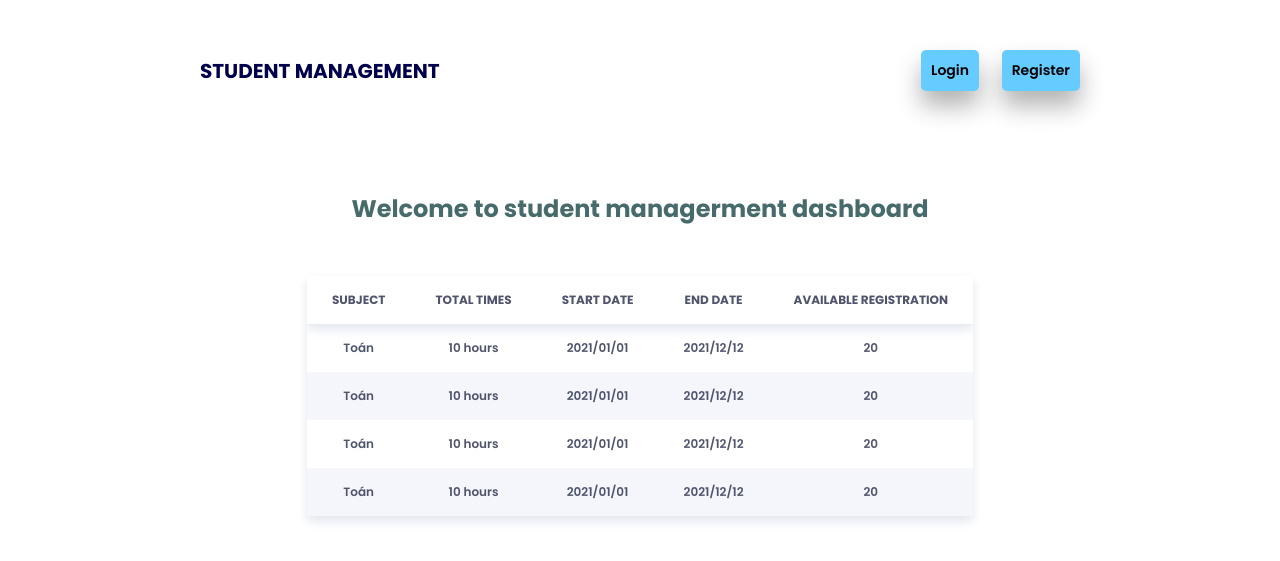
Repository: lenhandat/studentManagement
Page: front-end/fontpart3/Student_Management/user/homeUser.html
The author's editor kept a copy of each file at every save. The page is drawn from the files as they stood at one save, then again after the next save.
The browser window is 1280 px wide. The pictures show the whole page.
Some icons come from a web library that is not loaded, so they are not drawn.

Above is the page before, as saved 2021-08-27 23:42:30.

After the next save:
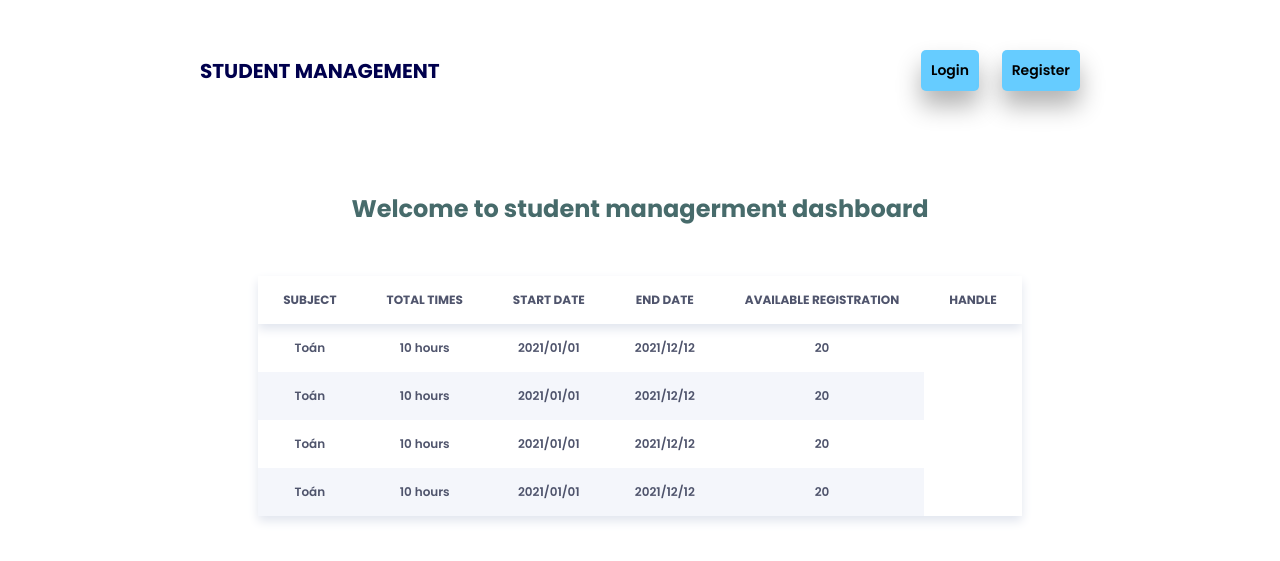
Saved 43 s later.
--- a/front-end/fontpart3/Student_Management/user/homeUser.html
+++ b/front-end/fontpart3/Student_Management/user/homeUser.html
@@ -37,6 +37,7 @@
                         <th>Start Date</th>
                         <th>End Date</th>
                         <th>Available Registration</th>
+                        <th>Handle</th>
                     </tr>
                 </thead>
                 <tbody>
